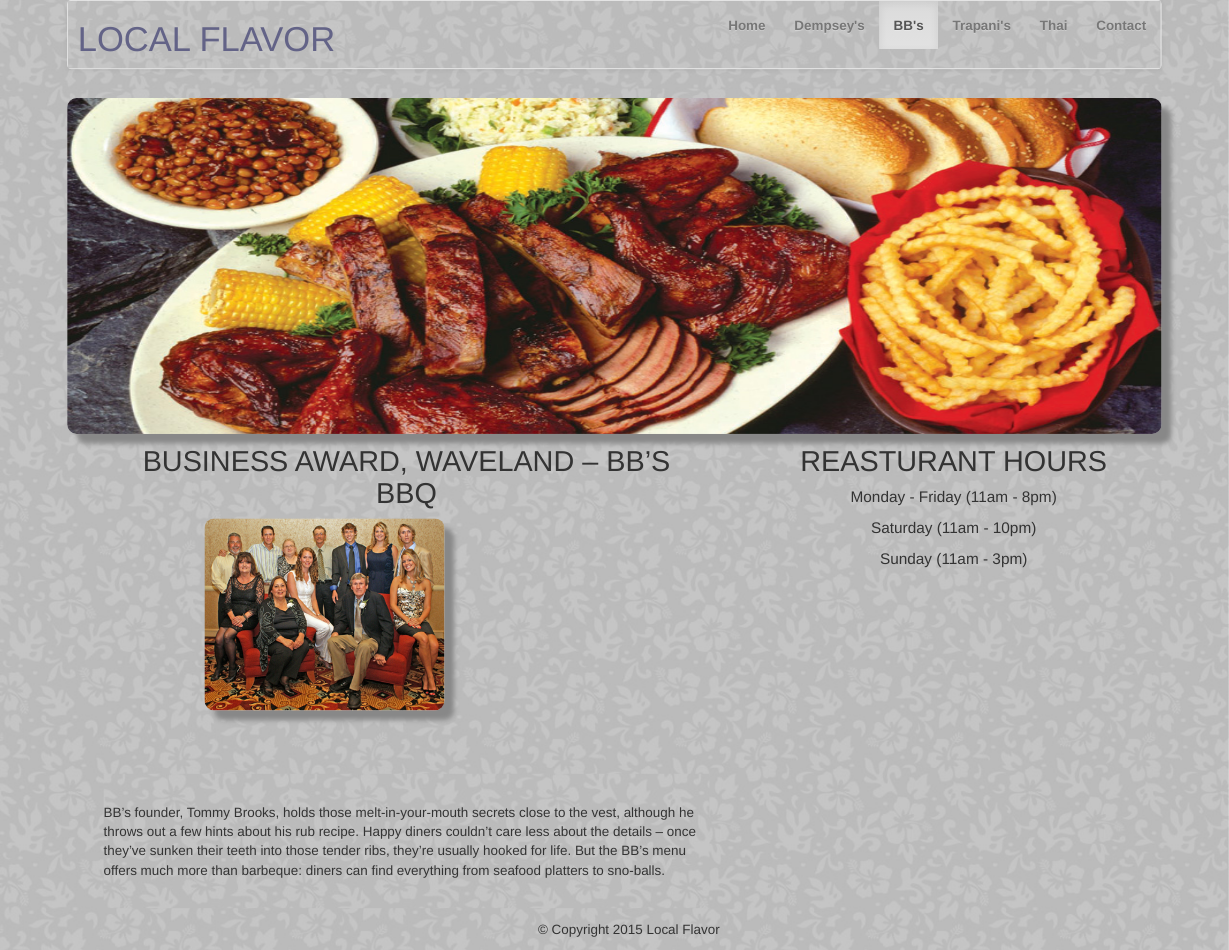
Repository: GeauxNinja/RestaurantSite
Page: Local Flavor/BBs.html
The author's editor kept a record of every edit. The page is drawn from the files as they stood at one moment, then again after the next edit.
The browser window is 1280 px wide. The pictures show the whole page, at 96% of full size.
Some web libraries are served in a nearby version.

Above is the page before.

### Local Flavor/BBs.html
<!doctype html>
<html>
<head>
<meta charset="utf-8">
<title>BB's BarBQ</title>
<link href="styles/main.css" rel="stylesheet" type="text/css">
<!-- Latest compiled and minified CSS -->
<link rel="stylesheet" href="https://maxcdn.bootstrapcdn.com/bootstrap/3.3.2/css/bootstrap.min.css">
<!-- Optional theme -->
<link rel="stylesheet" href="https://maxcdn.bootstrapcdn.com/bootstrap/3.3.2/css/bootstrap-theme.min.css">
<script src="http://use.edgefonts.net/source-sans-pro:n6:default.js" type="text/javascript"></script>
<style type="text/css">div{background-image:url('images/bak1.png');}</style>
</head>

<body>
<div id="page">
  <header class="container">
      <div id="menu" class="navbar navbar-default">
		<div class="navbar-header">
			<button class="btn btn-default navbar-toggle"
				data-toggle="collapse"
				data-target=".navbar-collapse"><span class="glyphicon glyphicon-collapse-down"></span></button>
			<div id="logo">
			<a href="index.html"><h1>Local Flavor</h1></a>
		</div>
		</div>
		<div class="navbar-collapse collapse">
			<ul class="nav navbar-nav navbar-right">
			  <li class="nav"><a href="index.html">Home</a></li>
			  <li class="nav"><a href="dempseys.html">Dempsey's</a></li>
			  <li class="nav active"><a href="BBs.html">BB's</a></li>
			  <li class="nav"><a href="trapanis.html">Trapani's</a></li>
			  <li class="nav"><a href="thai.html">Thai</a></li>
			  <li class="nav"><a href="contact.html">Contact</a></li>
			</ul>
		</div>
      </div>
    </header>
    <section id="body" class="container">
    <div id="hero"><img src="images/bb1.png" width="1500" height="350" alt=""/></div>
      <section id="main" class="col-md-8 col-sm-9">


    <h2>Business Award, Waveland – BB’s BBQ</h2>


    <figure class="centered"><img src="images/BBsweb1.jpg" width="250" height="200" alt=""/>
      <figcaption></figcaption>
    </figure>
    <p><img </p>
    <p>&nbsp;</p>
    <div>

      <p>&nbsp;</p>
      <p>BB’s founder, Tommy Brooks, holds those melt-in-your-mouth secrets close to the vest, although he throws out a few hints about his rub recipe. Happy diners couldn’t care less about the details – once they’ve sunken their teeth into those tender ribs, they’re usually hooked for life. But the BB’s menu offers much more than barbeque: diners can find everything from seafood platters to sno-balls.</p>
      <p>&nbsp;</p>
    </div>

  </section>
  <section id="sidebar" class="col-md-4 col-sm-3">
    <h2>Reasturant Hours</h2>
        <p>Monday - Friday  (11am - 8pm)</p>
        <p>Saturday  (11am - 10pm)</p>
        <p>Sunday  (11am - 3pm)</p>
  </section>

  <footer class="container">
    <p>© Copyright 2015 Local Flavor  </p>
  </footer>
</div>
<!-- jQuery (necessary for Bootstrap's JavaScript plugins) -->
<script src="https://ajax.googleapis.com/ajax/libs/jquery/1.11.1/jquery.min.js"></script>
<!-- Latest compiled and minified JavaScript -->
<script src="https://maxcdn.bootstrapcdn.com/bootstrap/3.3.2/js/bootstrap.min.js"></script>
</body>
</html>

### Local Flavor/styles/main.css
@charset "utf-8";

body {
	margin: 9px;
	color: #151515;
	font-family: Helvetica, Arial, sans-serif;
	background-color: #EFF5F8;
	font-size: medium;
}

#wrapper {
	width: 100%;
	min-width: 740px;
	max-width: 1000px;
	margin-left: auto;
	margin-right: auto;
	background-color: #FFFFFF;
	right: 0px;
	position: static;
	border-radius: 8px;
}

#top {
 overflow: hidden;
}

#hero img {
	max-width: 100%;
	border-color: #FFFCFC;
	border-radius: 10px;
	background-position: 0% 0%;
	box-shadow: 10px 10px 5px #888888;
	margin:10px 10px 0px 0px;
	right: 0px;
}
h1, h2 {
	color: #3399CC;
	font-family: Tahoma;
	font-style: normal;
	font-weight: 600;
	font-size: 72px;
	margin-top: 0px;
	margin-bottom: 0px;
	text-align: center;
	text-transform: uppercase;
	top: 25px;
	padding-left: 10px;
	padding-right: 10px;
	right: 33px;
}
#main {
	width: 58%;
	margin-left: 2%;
	float: left;
}
#sidebar {
	width: 34%;
	margin-left: 4%;
	float: left;
	text-align: center;
	border-radius: 4px;
	font-size: medium;
}

form {
    width: 300px;
    margin: 0 auto;
}


figure {
	display: block;
	width: 420px;
}

figure img {
	border-radius: 10px;
	box-shadow: 10px 10px 5px #888888;
}

figcaption {
	font-size: 0.875em;
	font-weight: bold;
	text-align: center;
	display: block;
	margin-top: 0.5em;
	margin-right: auto;
	margin-left: auto;
}

.centered {
	margin-left: auto;
	margin-right: auto;
}

.floatleft {
	float: left;
	margin-left: 0px;
	margin-right: 10px;
}

.floatright {
	float: right;
	margin-left: 10px;
	margin-right: 0px;
}

footer {
	padding-top: 2px;
	padding-bottom: 2px;
	padding-left: 2%;
	/*background-color: #43a6cb;
	color: #FFFFFF;*/
	clear: left;
	text-align: center;
}

a {
	font-weight: bold;
	text-decoration: none;
}

a:link {
	color: #636387;
}

a:visited {
	color: #FF944C;
}

a:hover, a:active, a:focus {
	color: #7F3300;
	text-decoration: underline;
}
#mainnav ul {
	box-shadow:10px 10px 10px 5px #888888;
	list-style-type: none;
	margin:0px 0px 0px 0px;
	padding:0px 0px 0px 0px;
}
navbar navbar-default {
    background: #F8F8F8;
    box-shadow: 10px 10px 10px 5px #888888;
}
#mainnav a {
	width: 16.66%;
	display: block;
	text-align: center;
	text-transform: uppercase;
	background-color: #4d4d4d;
	float: left;
	color: #FFFCFC;
	padding-top: 6px;
	padding-bottom: 6px;
}
#mainnav a:hover, #mainnav a:active, #mainnav a:focus, #mainnav thispage {

	text-decoration: none;
	background-color: #F8F8F8;
    border-color: #E7E7E7;
}
#hero article {
	width: 36%;
	padding-left: 10px;
	padding-right: 10px;
	position: absolute;
	top: 25px;
	right: 33px;
	background-color: #EA724F;
	border-radius: 26px;
	color: #FFFCFC;
}
#hero {
	position: relative;
	border-radius: 30px;
}
#hero {
	color: #FFFCFC;
	text-transform: uppercase;
	margin-bottom: -8px;
}

After the next edit:
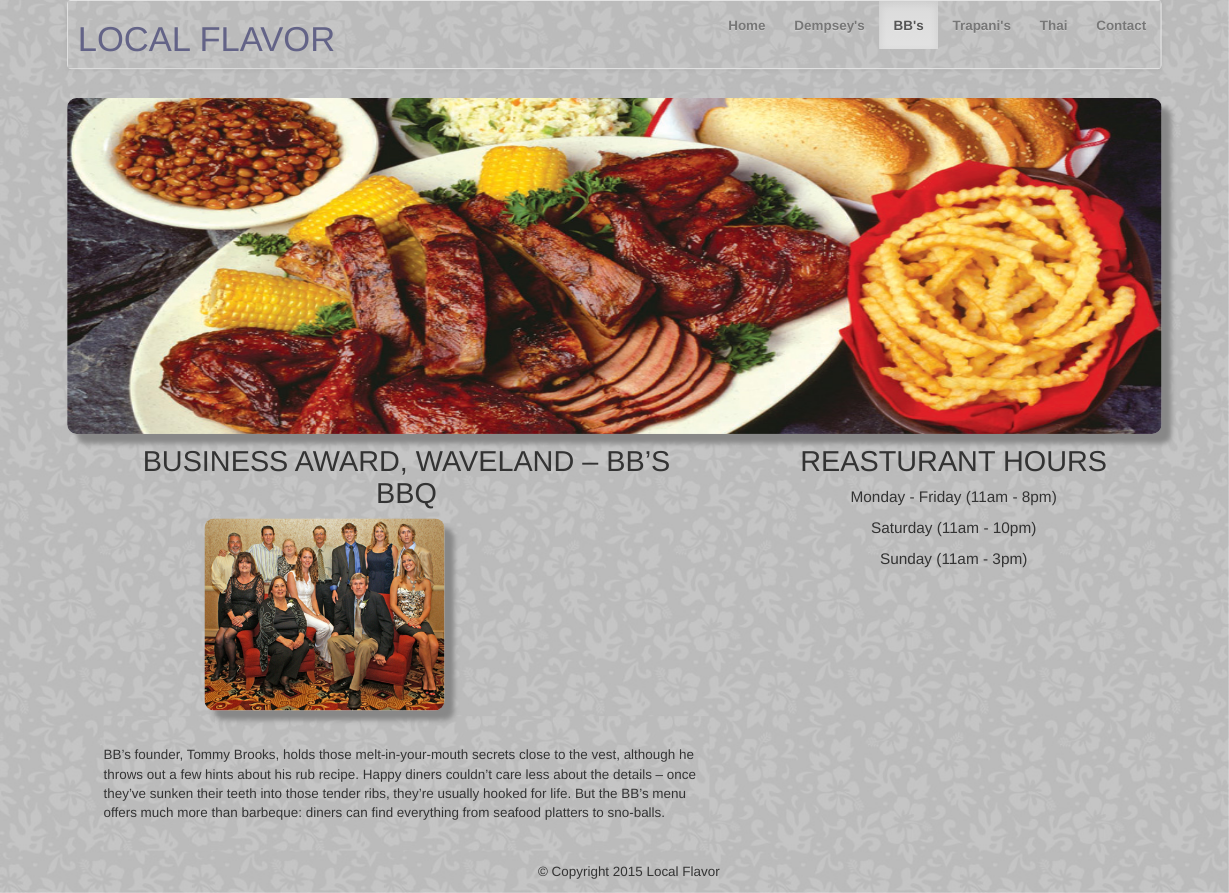
The edit:
--- a/Local Flavor/BBs.html
+++ b/Local Flavor/BBs.html
@@ -47,8 +47,7 @@
     <figure class="centered"><img src="images/BBsweb1.jpg" width="250" height="200" alt=""/>
       <figcaption></figcaption>
     </figure>
-    <p><img </p>
-    <p>&nbsp;</p>
+
     <div>
 
       <p>&nbsp;</p>
